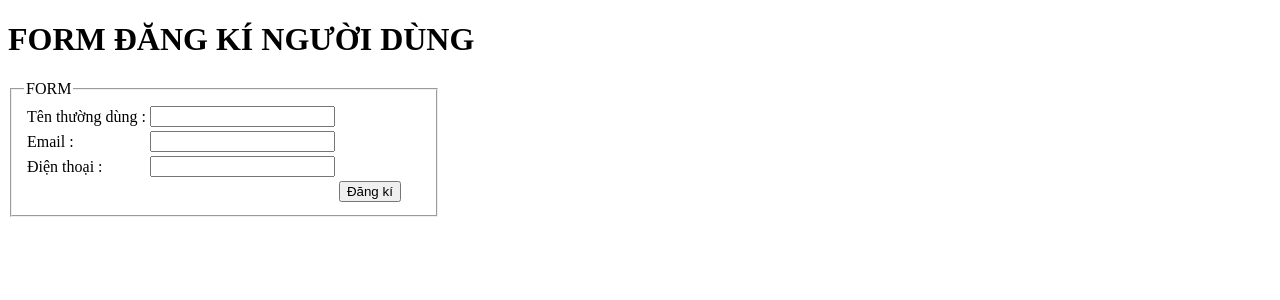
Repository: NGUYEN112/Module2
Page: http://localhost/
These files come from the project's save history. The page is drawn as it stood at one moment and after the next save; the edit follows.
The browser window is 1280 px wide. The pictures show the whole page.
The page is run by PHP 8.4 with error messages shown; the project is at /var/www/html/.

Above is the page before, as saved 2021-01-18 15:38:46.

After the next save:
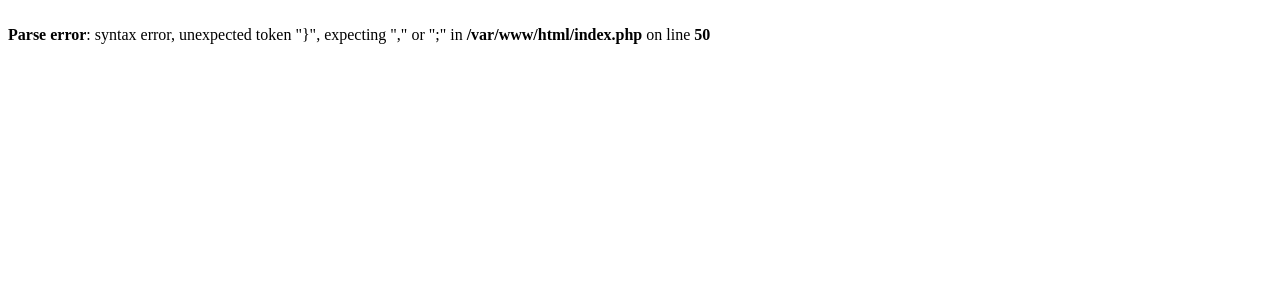
Saved 3 min 54 s later.
--- a/bai12-json/index.php
+++ b/bai12-json/index.php
@@ -45,6 +45,9 @@
        }catch (Exception $e){
             return $e->getMessage();
        }
+       if (filter_var($email, FILTER_VALIDATE_EMAIL)=== false) {
+           echo "Nhập sai định dạng email"
+       }
    }
 ?>
 </body>

After the save that followed:
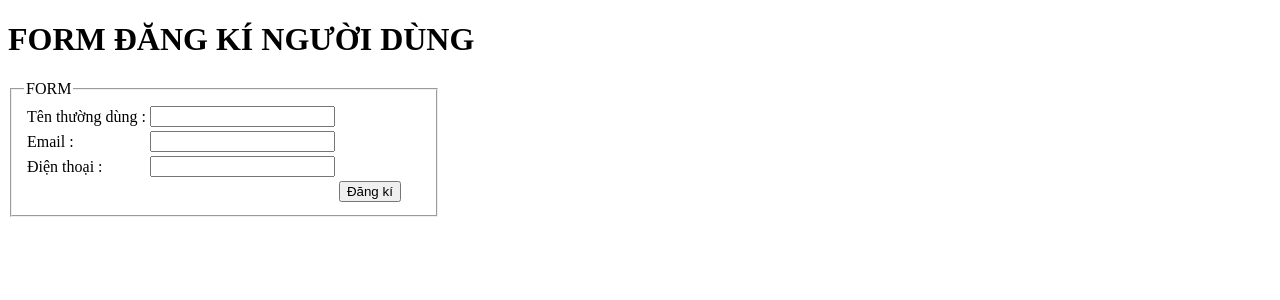
Saved 27 s later.
--- a/bai12-json/index.php
+++ b/bai12-json/index.php
@@ -46,7 +46,7 @@
             return $e->getMessage();
        }
        if (filter_var($email, FILTER_VALIDATE_EMAIL)=== false) {
-           echo "Nhập sai định dạng email"
+           echo "Nhập sai định dạng email";
        }
    }
 ?>
